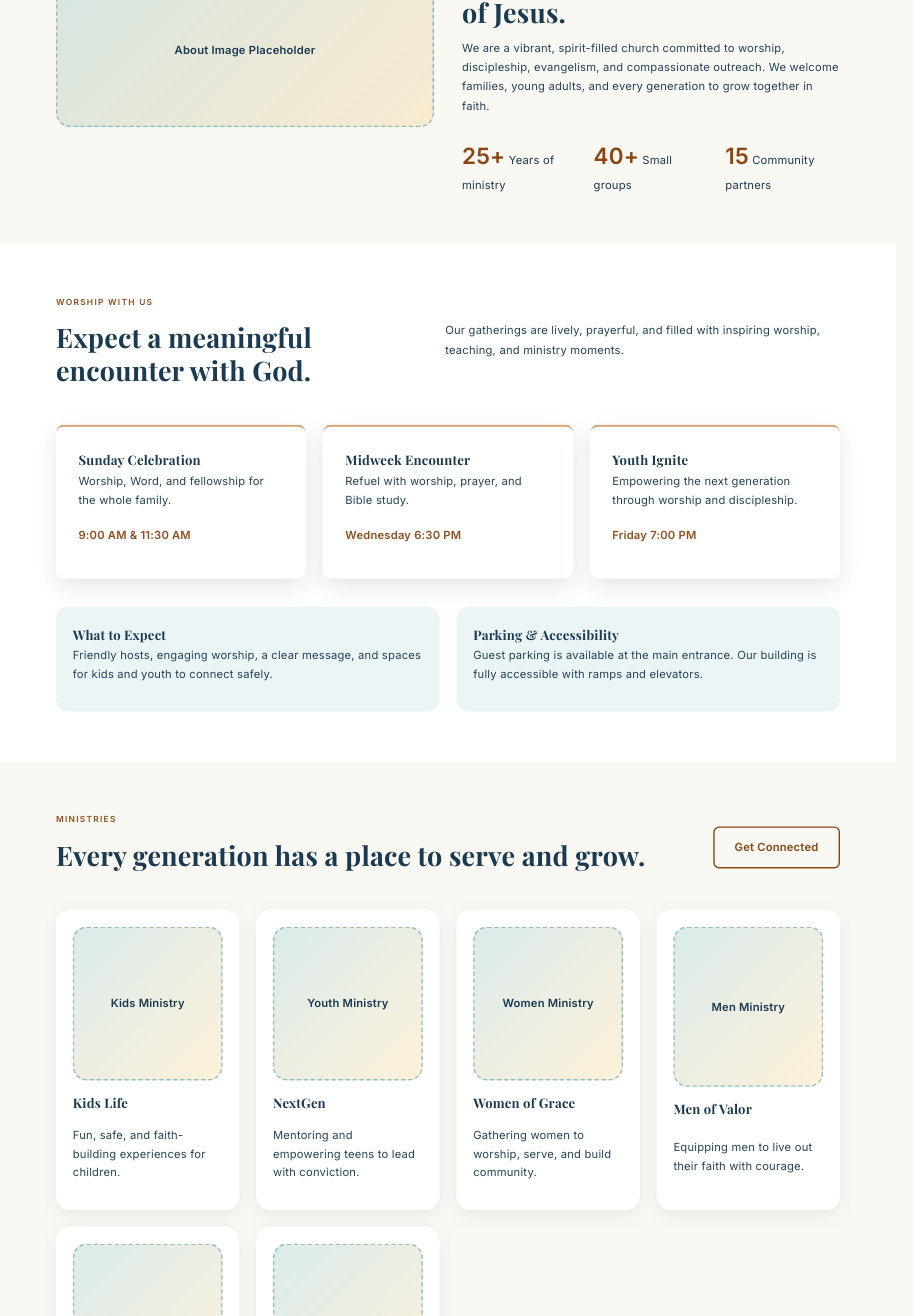
Repository: bilaal441/church
Page: index.htm
The author's editor kept a copy of each file at every save. The page is drawn from the files as they stood at one save, then again after the next save.
The browser window is 1280 px wide. The page is 1304 px wide, so the pictures cover 1304 px, including what lies to the right of the window. The pictures show the part of the page from y = 1102 to 2982 px (the page is 5650 px tall), at 70% of full size.

Above is the page before, as saved 2026-01-19 22:10:19.

### index.htm
<!doctype html>
<html lang="en">
  <head>
    <meta charset="UTF-8" />
    <meta name="viewport" content="width=device-width, initial-scale=1.0" />
    <title>New Life Evangelistic Ministries Worship Centre</title>
    <meta
      name="description"
      content="A welcoming, Spirit-filled church family in Springfield. Join us for worship, discipleship, and community outreach."
    />
    <link rel="stylesheet" href="style.css" />
    <link rel="preconnect" href="https://fonts.googleapis.com" />
    <link rel="preconnect" href="https://fonts.gstatic.com" crossorigin />
    <link
      href="https://fonts.googleapis.com/css2?family=Playfair+Display:wght@400;600;700&family=Inter:wght@400;500;600&display=swap"
      rel="stylesheet"
    />
  </head>
  <body>
    <a class="skip-link" href="#main">Skip to main content</a>
    <header class="site-header">
      <div class="container header-content">
        <div class="logo">
          <span class="logo-mark">NLE</span>
          <div>
            <p class="logo-title">New Life Evangelistic Ministries</p>
            <p class="logo-subtitle">Worship Centre</p>
          </div>
        </div>
        <button
          class="nav-toggle"
          aria-expanded="false"
          aria-controls="site-nav"
        >
          <span></span>
          <span></span>
          <span></span>
        </button>
        <nav id="site-nav" class="site-nav">
          <a href="#about">About</a>
          <a href="#worship">Worship</a>
          <a href="#ministries">Ministries</a>
          <a href="#events">Events</a>
          <a href="#giving">Giving</a>
          <a href="#contact" class="button">Visit Us</a>
        </nav>
      </div>
    </header>

    <main id="main">
      <section class="hero">
        <div class="container hero-grid">
          <div class="hero-text">
            <p class="eyebrow">A Place to Belong &amp; Grow</p>
            <h1>Experience hope, worship, and community in Christ.</h1>
            <p>
              Join us for vibrant worship, powerful teaching, and a loving
              family that is passionate about reaching the city with the gospel.
            </p>
            <div class="hero-actions">
              <a class="button" href="#worship">Plan Your Visit</a>
              <a class="button button-outline" href="#events"
                >Upcoming Events</a
              >
            </div>
            <div class="hero-details">
              <div>
                <span>Service Times</span>
                <strong>Sunday 9:00 AM &amp; 11:30 AM</strong>
              </div>
              <div>
                <span>Midweek Encounter</span>
                <strong>Wednesday 6:30 PM</strong>
              </div>
            </div>
            <div class="hero-note">
              <span>Livestream available</span>
              <a href="#contact">Watch Online</a>
            </div>
          </div>
          <div class="hero-visual">
            <div class="image-placeholder large">Hero Image Placeholder</div>
            <div class="hero-card">
              <h3>Welcome Home</h3>
              <p>
                New to church? We will help you feel at home from the moment you
                arrive.
              </p>
              <a href="#contact">Meet the Team</a>
            </div>
          </div>
        </div>
      </section>

      <section id="about" class="section">
        <div class="container split">
          <div class="image-placeholder">About Image Placeholder</div>
          <div>
            <p class="eyebrow">Who We Are</p>
            <h2>
              Our mission is to raise disciples who live out the love of Jesus.
            </h2>
            <p>
              We are a vibrant, spirit-filled church committed to worship,
              discipleship, evangelism, and compassionate outreach. We welcome
              families, young adults, and every generation to grow together in
              faith.
            </p>
            <div class="stats">
              <div>
                <strong>25+</strong>
                <span>Years of ministry</span>
              </div>
              <div>
                <strong>40+</strong>
                <span>Small groups</span>
              </div>
              <div>
                <strong>15</strong>
                <span>Community partners</span>
              </div>
            </div>
          </div>
        </div>
      </section>

      <section id="worship" class="section section-alt">
        <div class="container">
          <div class="section-header">
            <div>
              <p class="eyebrow">Worship With Us</p>
              <h2>Expect a meaningful encounter with God.</h2>
            </div>
            <p>
              Our gatherings are lively, prayerful, and filled with inspiring
              worship, teaching, and ministry moments.
            </p>
          </div>
          <div class="cards">
            <article class="card">
              <h3>Sunday Celebration</h3>
              <p>Worship, Word, and fellowship for the whole family.</p>
              <p class="card-meta">9:00 AM &amp; 11:30 AM</p>
            </article>
            <article class="card">
              <h3>Midweek Encounter</h3>
              <p>Refuel with worship, prayer, and Bible study.</p>
              <p class="card-meta">Wednesday 6:30 PM</p>
            </article>
            <article class="card">
              <h3>Youth Ignite</h3>
              <p>
                Empowering the next generation through worship and discipleship.
              </p>
              <p class="card-meta">Friday 7:00 PM</p>
            </article>
          </div>
          <div class="worship-highlight">
            <div>
              <h3>What to Expect</h3>
              <p>
                Friendly hosts, engaging worship, a clear message, and spaces
                for kids and youth to connect safely.
              </p>
            </div>
            <div>
              <h3>Parking &amp; Accessibility</h3>
              <p>
                Guest parking is available at the main entrance. Our building is
                fully accessible with ramps and elevators.
              </p>
            </div>
          </div>
        </div>
      </section>

      <section id="ministries" class="section">
        <div class="container">
          <div class="section-header">
            <div>
              <p class="eyebrow">Ministries</p>
              <h2>Every generation has a place to serve and grow.</h2>
            </div>
            <a class="button button-outline" href="#contact">Get Connected</a>
          </div>
          <div class="ministry-grid">
            <div class="ministry-card">
              <div class="image-placeholder">Kids Ministry</div>
              <h3>Kids Life</h3>
              <p>Fun, safe, and faith-building experiences for children.</p>
            </div>
            <div class="ministry-card">
              <div class="image-placeholder">Youth Ministry</div>
              <h3>NextGen</h3>
              <p>Mentoring and empowering teens to lead with conviction.</p>
            </div>
            <div class="ministry-card">
              <div class="image-placeholder">Women Ministry</div>
              <h3>Women of Grace</h3>
              <p>Gathering women to worship, serve, and build community.</p>
            </div>
            <div class="ministry-card">
              <div class="image-placeholder">Men Ministry</div>
              <h3>Men of Valor</h3>
              <p>Equipping men to live out their faith with courage.</p>
            </div>
            <div class="ministry-card">
              <div class="image-placeholder">Music Ministry</div>
              <h3>Creative Arts</h3>
              <p>
                Worship, media, and production teams creating meaningful
                moments.
              </p>
            </div>
            <div class="ministry-card">
              <div class="image-placeholder">Care Ministry</div>
              <h3>Care &amp; Outreach</h3>
              <p>
                Supporting families, counseling, and community care initiatives.
              </p>
            </div>
          </div>
        </div>
      </section>

      <section id="events" class="section section-alt">
        <div class="container">
          <div class="section-header">
            <div>
              <p class="eyebrow">Upcoming Events</p>
              <h2>There is always something happening at New Life.</h2>
            </div>
            <a class="button" href="#giving">Support the Mission</a>
          </div>
          <div class="event-list">
            <article>
              <span class="event-date">Mar 21</span>
              <div>
                <h3>Citywide Prayer Night</h3>
                <p>
                  Join churches across the city for a night of prayer and
                  worship.
                </p>
              </div>
              <a href="#contact">Learn More</a>
            </article>
            <article>
              <span class="event-date">Apr 05</span>
              <div>
                <h3>Community Outreach Day</h3>
                <p>Serve families with meals, clothing, and encouragement.</p>
              </div>
              <a href="#contact">Serve With Us</a>
            </article>
            <article>
              <span class="event-date">Apr 19</span>
              <div>
                <h3>Resurrection Celebration</h3>
                <p>
                  A joyful service with worship, testimonies, and family
                  activities.
                </p>
              </div>
              <a href="#contact">Plan Your Visit</a>
            </article>
          </div>
        </div>
      </section>

      <section id="giving" class="section">
        <div class="container giving">
          <div>
            <p class="eyebrow">Giving</p>
            <h2>Your generosity fuels life-changing ministry.</h2>
            <p>
              Every gift helps us reach more people with the gospel, support
              families in need, and raise leaders for the future.
            </p>
            <div class="giving-actions">
              <a class="button" href="#contact">Give Online</a>
              <a class="button button-outline" href="#contact">Volunteer</a>
            </div>
            <div class="giving-note">
              <strong>Need assistance?</strong>
              <span
                >We can help with giving, prayer requests, or support
                resources.</span
              >
            </div>
          </div>
          <div class="image-placeholder">Giving Image Placeholder</div>
        </div>
      </section>

      <section id="contact" class="section section-alt">
        <div class="container contact">
          <div>
            <p class="eyebrow">Visit Us</p>
            <h2>We would love to meet you this Sunday.</h2>
            <p>
              125 Hope Street, Springfield, ST 12345<br />
              (555) 123-4567 · hello@nlewc.org
            </p>
            <div class="contact-details">
              <div>
                <strong>Office Hours</strong>
                <span>Mon - Fri, 9 AM - 4 PM</span>
              </div>
              <div>
                <strong>Prayer Line</strong>
                <span>Available 24/7</span>
              </div>
              <div>
                <strong>Follow Us</strong>
                <span>Instagram · Facebook · YouTube</span>
              </div>
            </div>
          </div>
          <form class="contact-form">
            <h3>Plan a Visit</h3>
            <label>
              Full Name
              <input type="text" placeholder="Your name" />
            </label>
            <label>
              Email Address
              <input type="email" placeholder="you@example.com" />
            </label>
            <label>
              Message
              <textarea
                rows="4"
                placeholder="Tell us how we can help."
              ></textarea>
            </label>
            <button type="submit" class="button">Send Message</button>
          </form>
        </div>
      </section>
    </main>

    <footer class="site-footer">
      <div class="container footer-grid">
        <div>
          <div class="logo">
            <span class="logo-mark">NLE</span>
            <div>
              <p class="logo-title">New Life Evangelistic Ministries</p>
              <p class="logo-subtitle">Worship Centre</p>
            </div>
          </div>
          <p>
            Building lives, families, and communities through the love of Jesus.
          </p>
        </div>
        <div>
          <h4>Connect</h4>
          <ul>
            <li><a href="#about">About</a></li>
            <li><a href="#worship">Worship</a></li>
            <li><a href="#ministries">Ministries</a></li>
            <li><a href="#events">Events</a></li>
          </ul>
        </div>
        <div>
          <h4>Visit</h4>
          <ul>
            <li>125 Hope Street</li>
            <li>Springfield, ST 12345</li>
            <li>(555) 123-4567</li>
            <li>hello@nlewc.org</li>
          </ul>
        </div>
        <div>
          <h4>Stay Updated</h4>
          <p>Subscribe for prayer points and community updates.</p>
          <div class="subscribe">
            <input type="email" placeholder="Email address" />
            <button class="button">Subscribe</button>
          </div>
        </div>
      </div>
      <div class="footer-bottom">
        <p>
          © 2024 New Life Evangelistic Ministries Worship Centre. All rights
          reserved.
        </p>
      </div>
    </footer>

    <script src="script.js"></script>
  </body>
</html>

### style.css
:root {
  --navy: #1a3a52;
  --gold: #d4a574;
  --burgundy: #8b4513;
  --cream: #faf8f3;
  --sage: #6b8e7f;
  --muted: #7d8a7f;
  --white: #ffffff;
  --light-gold: #f5e6d3;
  --shadow: 0 8px 24px rgba(26, 58, 82, 0.08);
  --shadow-lg: 0 12px 32px rgba(26, 58, 82, 0.12);
}

* {
  box-sizing: border-box;
  margin: 0;
  padding: 0;
}

body {
  font-family: "Inter", sans-serif;
  background-color: var(--cream);
  color: var(--navy);
  line-height: 1.7;
  letter-spacing: 0.3px;
}

img {
  max-width: 100%;
  display: block;
}

a {
  color: inherit;
  text-decoration: none;
}

.skip-link {
  position: absolute;
  left: -999px;
  top: 16px;
  background: var(--navy);
  color: var(--white);
  padding: 0.6rem 1.2rem;
  border-radius: 999px;
  z-index: 50;
}

.skip-link:focus {
  left: 16px;
}

.container {
  width: min(1120px, 90%);
  margin: 0 auto;
}

.eyebrow {
  text-transform: uppercase;
  letter-spacing: 0.15em;
  font-size: 0.75rem;
  color: var(--burgundy);
  font-weight: 700;
  margin-bottom: 1rem;
}

h1,
h2,
h3,
h4 {
  font-family: "Playfair Display", serif;
  color: var(--navy);
}

h1 {
  font-size: clamp(2.5rem, 4vw, 3.5rem);
  line-height: 1.1;
  margin-bottom: 1rem;
}

h2 {
  font-size: clamp(2rem, 3vw, 2.8rem);
  line-height: 1.2;
  margin-bottom: 1rem;
}

p {
  margin-bottom: 1rem;
  color: var(--navy);
  opacity: 0.95;
}

.button {
  display: inline-flex;
  align-items: center;
  justify-content: center;
  padding: 0.9rem 1.8rem;
  border-radius: 8px;
  background: var(--burgundy);
  color: var(--white);
  font-weight: 600;
  transition:
    transform 0.2s ease,
    box-shadow 0.2s ease,
    background 0.2s ease;
  box-shadow: var(--shadow-lg);
}

.button:hover {
  transform: translateY(-2px);
  background: #6d3410;
  box-shadow: var(--shadow-lg);
}

.button-outline {
  background: transparent;
  color: var(--burgundy);
  border: 2px solid var(--burgundy);
  box-shadow: none;
}

.site-header {
  background: var(--white);
  position: sticky;
  top: 0;
  z-index: 20;
  box-shadow: 0 4px 12px rgba(26, 58, 82, 0.05);
  border-bottom: 2px solid var(--light-gold);
}

.header-content {
  display: flex;
  align-items: center;
  justify-content: space-between;
  padding: 1.2rem 0;
  gap: 2rem;
}

.logo {
  display: flex;
  align-items: center;
  gap: 0.8rem;
}

.logo-mark {
  width: 48px;
  height: 48px;
  border-radius: 10px;
  background: linear-gradient(135deg, var(--burgundy), var(--gold));
  color: var(--white);
  font-weight: 700;
  display: grid;
  place-items: center;
  font-size: 1.1rem;
  box-shadow: 0 4px 12px rgba(139, 69, 19, 0.2);
}

.logo-title {
  font-weight: 700;
  font-size: 0.95rem;
}

.logo-subtitle {
  font-size: 0.85rem;
  color: var(--muted);
}

.site-nav {
  display: flex;
  align-items: center;
  gap: 1.5rem;
}

.site-nav a {
  font-weight: 600;
  font-size: 0.95rem;
}

.nav-toggle {
  display: none;
  flex-direction: column;
  gap: 6px;
  background: none;
  border: none;
  cursor: pointer;
}

.nav-toggle span {
  width: 24px;
  height: 2px;
  background: var(--navy);
}

.hero {
  padding: 5rem 0 4rem;
  background: linear-gradient(
    135deg,
    rgba(212, 165, 116, 0.08),
    rgba(139, 69, 19, 0.05)
  );
}

.hero-grid {
  display: grid;
  gap: 3rem;
  align-items: center;
}

.hero-actions {
  display: flex;
  flex-wrap: wrap;
  gap: 1rem;
  margin: 2rem 0;
}

.hero-details {
  display: grid;
  gap: 1.5rem;
  background: var(--white);
  padding: 2rem;
  border-radius: 12px;
  box-shadow: var(--shadow-lg);
  border-left: 4px solid var(--burgundy);
}

.hero-details span {
  font-size: 0.85rem;
  color: var(--muted);
  text-transform: uppercase;
  letter-spacing: 0.1em;
}

.hero-details strong {
  display: block;
  font-size: 1.1rem;
  color: var(--burgundy);
}

.hero-note {
  display: flex;
  align-items: center;
  gap: 0.75rem;
  font-weight: 600;
  color: var(--burgundy);
}

.hero-note a {
  color: var(--burgundy);
  text-decoration: underline;
}

.hero-visual {
  display: grid;
  gap: 1.5rem;
  position: relative;
}

.hero-card {
  background: var(--white);
  padding: 2rem;
  border-radius: 12px;
  box-shadow: var(--shadow-lg);
  transition: transform 0.3s ease, box-shadow 0.3s ease;
}

.hero-card:hover {
  transform: translateY(-4px);
  box-shadow: var(--shadow-lg);
}

.hero-card a {
  color: var(--burgundy);
  font-weight: 600;
}

.section {
  padding: 4.5rem 0;
}

.section-alt {
  background: var(--white);
}

.section-header {
  display: flex;
  align-items: center;
  justify-content: space-between;
  gap: 2rem;
  margin-bottom: 2.5rem;
}

.split {
  display: grid;
  gap: 2.5rem;
  align-items: center;
}

.stats {
  display: grid;
  grid-template-columns: repeat(auto-fit, minmax(140px, 1fr));
  gap: 1.5rem;
  margin-top: 2rem;
}

.stats strong {
  font-size: 2rem;
  color: var(--burgundy);
}

.cards {
  display: grid;
  grid-template-columns: repeat(auto-fit, minmax(240px, 1fr));
  gap: 1.5rem;
}

.card {
  background: var(--white);
  padding: 2rem;
  border-radius: 12px;
  box-shadow: var(--shadow-lg);
  transition: transform 0.3s ease, box-shadow 0.3s ease;
  border-top: 3px solid var(--gold);
}

.card:hover {
  transform: translateY(-4px);
  box-shadow: var(--shadow-lg);
}

.card-meta {
  color: var(--burgundy);
  font-weight: 600;
  margin-top: 1.5rem;
}

.worship-highlight {
  margin-top: 2.5rem;
  display: grid;
  grid-template-columns: repeat(auto-fit, minmax(240px, 1fr));
  gap: 1.5rem;
}

.worship-highlight div {
  background: rgba(15, 123, 123, 0.08);
  padding: 1.5rem;
  border-radius: 18px;
}

.ministry-grid {
  display: grid;
  grid-template-columns: repeat(auto-fit, minmax(220px, 1fr));
  gap: 1.5rem;
}

.ministry-card {
  background: var(--white);
  padding: 1.5rem;
  border-radius: 20px;
  box-shadow: var(--shadow);
  display: grid;
  gap: 1rem;
}

.event-list {
  display: grid;
  gap: 1.5rem;
}

.event-list article {
  display: grid;
  grid-template-columns: auto 1fr auto;
  gap: 1.5rem;
  background: var(--white);
  padding: 1.5rem 2rem;
  border-radius: 18px;
  align-items: center;
  box-shadow: var(--shadow);
}

.event-date {
  background: var(--teal);
  color: var(--white);
  padding: 0.7rem 1rem;
  border-radius: 12px;
  font-weight: 700;
}

.giving {
  display: grid;
  gap: 2.5rem;
  align-items: center;
}

.giving-actions {
  display: flex;
  gap: 1rem;
  flex-wrap: wrap;
}

.giving-note {
  margin-top: 1.5rem;
  background: rgba(15, 123, 123, 0.08);
  padding: 1rem 1.25rem;
  border-radius: 16px;
  display: grid;
  gap: 0.3rem;
}

.giving-note strong {
  color: var(--navy);
}

.contact {
  display: grid;
  gap: 2.5rem;
  align-items: start;
}

.contact-form {
  background: var(--white);
  padding: 2rem;
  border-radius: 20px;
  box-shadow: var(--shadow);
  display: grid;
  gap: 1rem;
}

.contact-form label {
  display: grid;
  gap: 0.5rem;
  font-weight: 600;
}

input,
textarea {
  padding: 0.7rem 1rem;
  border-radius: 12px;
  border: 1px solid #e5e7eb;
  font-family: inherit;
}

.site-footer {
  background: var(--navy);
  color: var(--white);
  padding: 4rem 0 1.5rem;
}

.site-footer h4 {
  color: var(--white);
  margin-bottom: 1rem;
}

.site-footer p,
.site-footer a,
.site-footer li {
  color: rgba(255, 255, 255, 0.8);
}

.footer-grid {
  display: grid;
  grid-template-columns: repeat(auto-fit, minmax(200px, 1fr));
  gap: 2rem;
}

.footer-grid ul {
  list-style: none;
  display: grid;
  gap: 0.6rem;
}

.subscribe {
  display: flex;
  gap: 0.5rem;
  margin-top: 1rem;
}

.footer-bottom {
  margin-top: 2rem;
  border-top: 1px solid rgba(255, 255, 255, 0.2);
  text-align: center;
  padding-top: 1.5rem;
  font-size: 0.85rem;
}

.image-placeholder {
  background: linear-gradient(
    135deg,
    rgba(15, 123, 123, 0.15),
    rgba(244, 185, 66, 0.2)
  );
  border: 2px dashed rgba(15, 123, 123, 0.4);
  border-radius: 20px;
  min-height: 220px;
  display: grid;
  place-items: center;
  text-align: center;
  padding: 1.5rem;
  color: var(--teal);
  font-weight: 600;
}

.image-placeholder.large {
  min-height: 340px;
}

@media (min-width: 900px) {
  .hero-grid {
    grid-template-columns: repeat(2, 1fr);
  }

  .split,
  .giving,
  .contact {
    grid-template-columns: repeat(2, 1fr);
  }
}

@media (max-width: 900px) {
  .section-header {
    flex-direction: column;
    align-items: flex-start;
  }

  .event-list article {
    grid-template-columns: 1fr;
  }
}

@media (max-width: 768px) {
  .site-nav {
    position: absolute;
    top: 100%;
    right: 0;
    background: var(--white);
    flex-direction: column;
    padding: 1.5rem;
    gap: 1rem;
    width: min(90vw, 280px);
    transform: translateY(-10px);
    opacity: 0;
    pointer-events: none;
    box-shadow: var(--shadow);
    border-radius: 16px;
  }

  .site-nav.open {
    opacity: 1;
    transform: translateY(0);
    pointer-events: auto;
  }

  .nav-toggle {
    display: flex;
  }

  .header-content {
    position: relative;
  }
}

@media (max-width: 600px) {
  .hero-details {
    padding: 1rem;
  }

  .hero-note {
    flex-direction: column;
    align-items: flex-start;
  }

  .subscribe {
    flex-direction: column;
    align-items: stretch;
  }
}

Loaded but not shown: script.js (18 lines, source omitted)

After the next save:
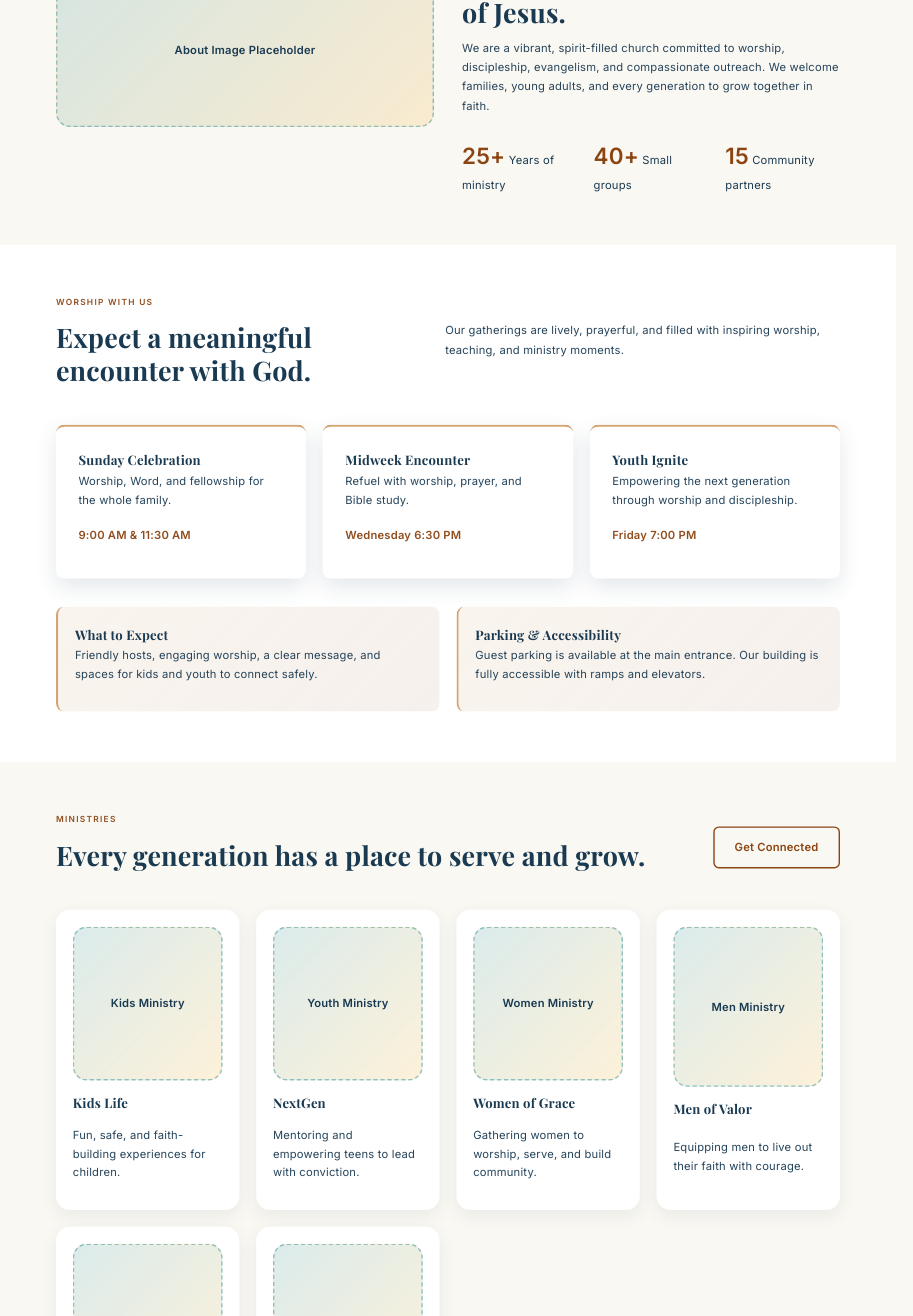
Saved 5 s later.
--- a/style.css
+++ b/style.css
@@ -341,9 +341,10 @@
 }
 
 .worship-highlight div {
-  background: rgba(15, 123, 123, 0.08);
+  background: linear-gradient(135deg, rgba(212, 165, 116, 0.12), rgba(139, 69, 19, 0.08));
   padding: 1.5rem;
-  border-radius: 18px;
+  border-radius: 12px;
+  border-left: 3px solid var(--gold);
 }
 
 .ministry-grid {
